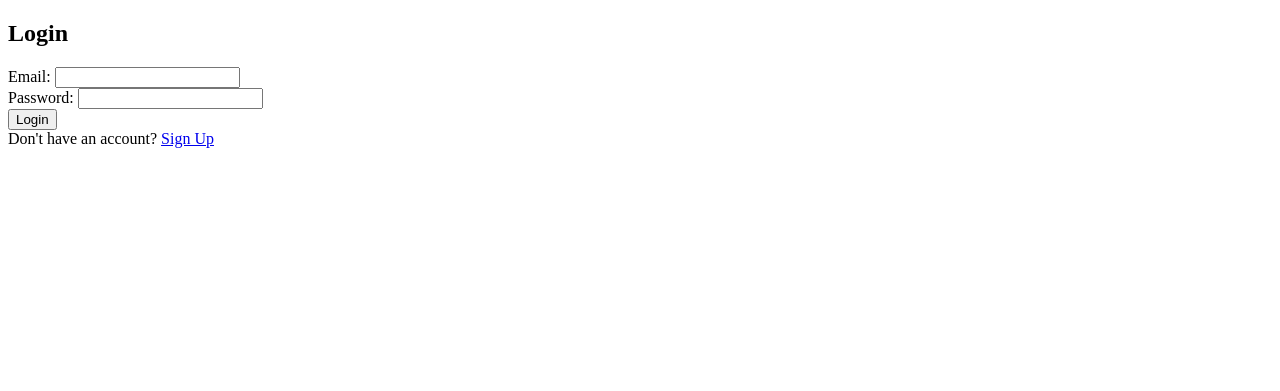
Repository: iDevVikram/login-signup-authentication-using-servlet
Page: signin-signup-demo/WebContent/login.html
The author's editor kept a copy of each file at every save. The page is drawn from the files as they stood at one save, then again after the next save.
The browser window is 1280 px wide. The pictures show the whole page.

Above is the page before, as saved 2024-03-04 17:46:26.

After the next save:
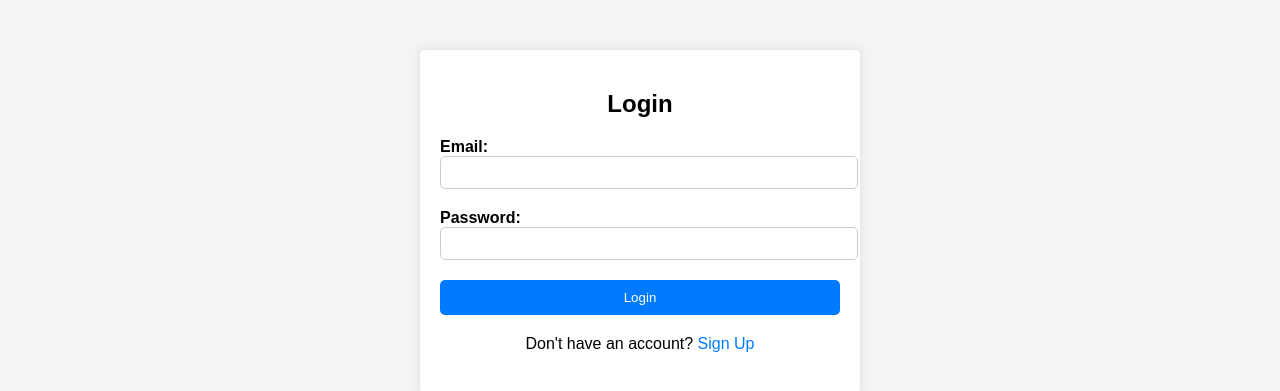
Saved 4 min 22 s later.
--- a/signin-signup-demo/WebContent/login.html
+++ b/signin-signup-demo/WebContent/login.html
@@ -4,7 +4,7 @@
 <meta charset="UTF-8">
 <meta name="viewport" content="width=device-width, initial-scale=1.0">
 <title>Login & Signup Form</title>
-
+<link rel="stylesheet" href="/CSS/style.css" />
 </head>
 <body>
 

After the save that followed:
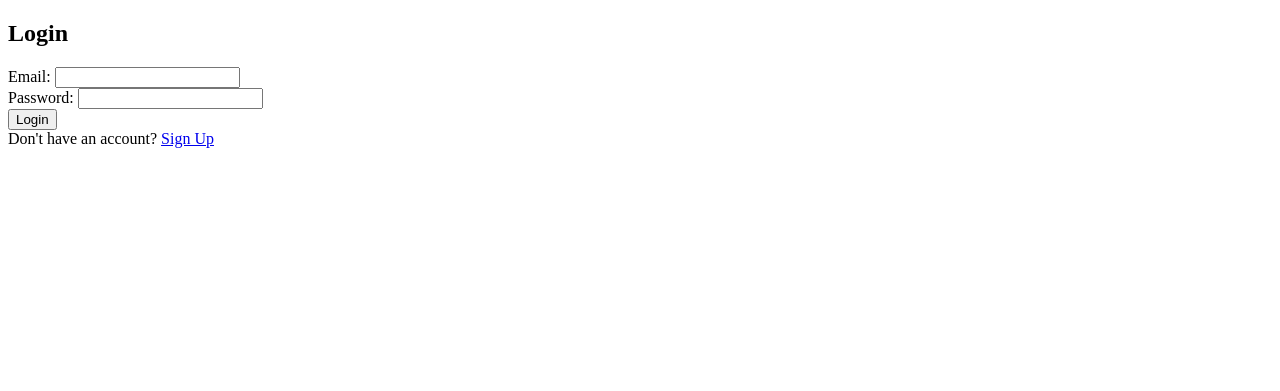
Not found: signin-signup-demo/WebContent/CSS.style.css
Saved 82 s later.
--- a/signin-signup-demo/WebContent/login.html
+++ b/signin-signup-demo/WebContent/login.html
@@ -4,7 +4,7 @@
 <meta charset="UTF-8">
 <meta name="viewport" content="width=device-width, initial-scale=1.0">
 <title>Login & Signup Form</title>
-<link rel="stylesheet" href="/CSS/style.css" />
+<link rel="stylesheet" href="/CSS.style.css" />
 </head>
 <body>
 
